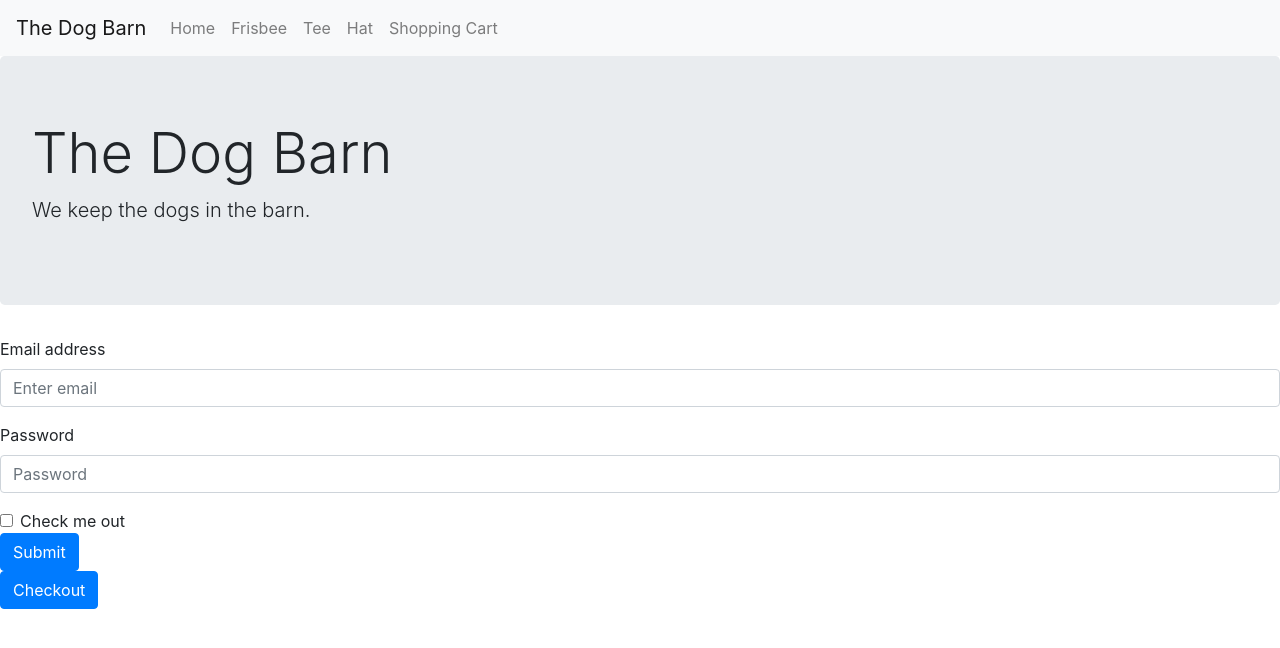
Repository: crudolph1214/SQL-Project
Page: http://localhost/checkout.php
The author's editor kept a record of every edit. The page is drawn from the files as they stood at one moment, then again after the next edit.
The browser window is 1280 px wide. The pictures show the whole page.
The page is run by PHP 8.4 with error messages shown; the project is at /var/www/html/.

Above is the page before.

After the next edit:
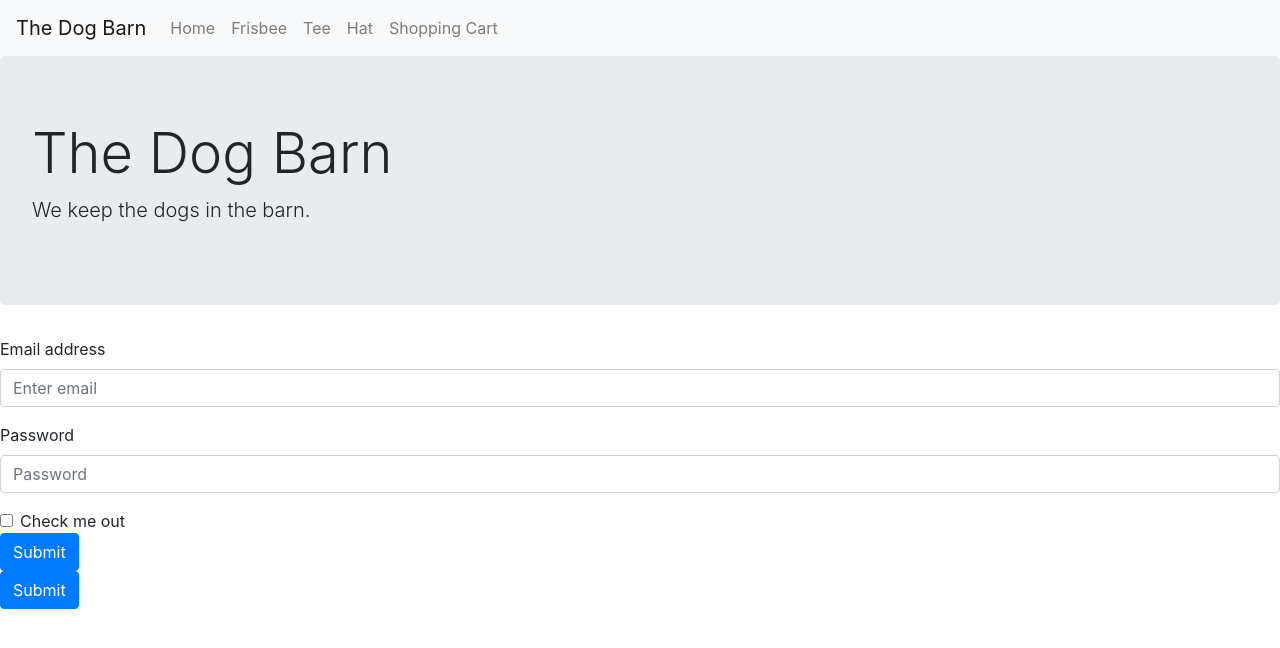
The edit:
--- a/workspace/checkout.php
+++ b/workspace/checkout.php
@@ -58,8 +58,8 @@
             <button type="submit" class="btn btn-primary">Submit</button>
         </form>
 
-        <form action="checkout.php" method="get">
-            <input type="submit" class="btn btn-primary" value="Checkout">
+        <form >
+            <input type="submit" class="btn btn-primary" value="Submit">
         </form>
 
         <!-- jQuery first, then Popper.js, then Bootstrap JS -->
